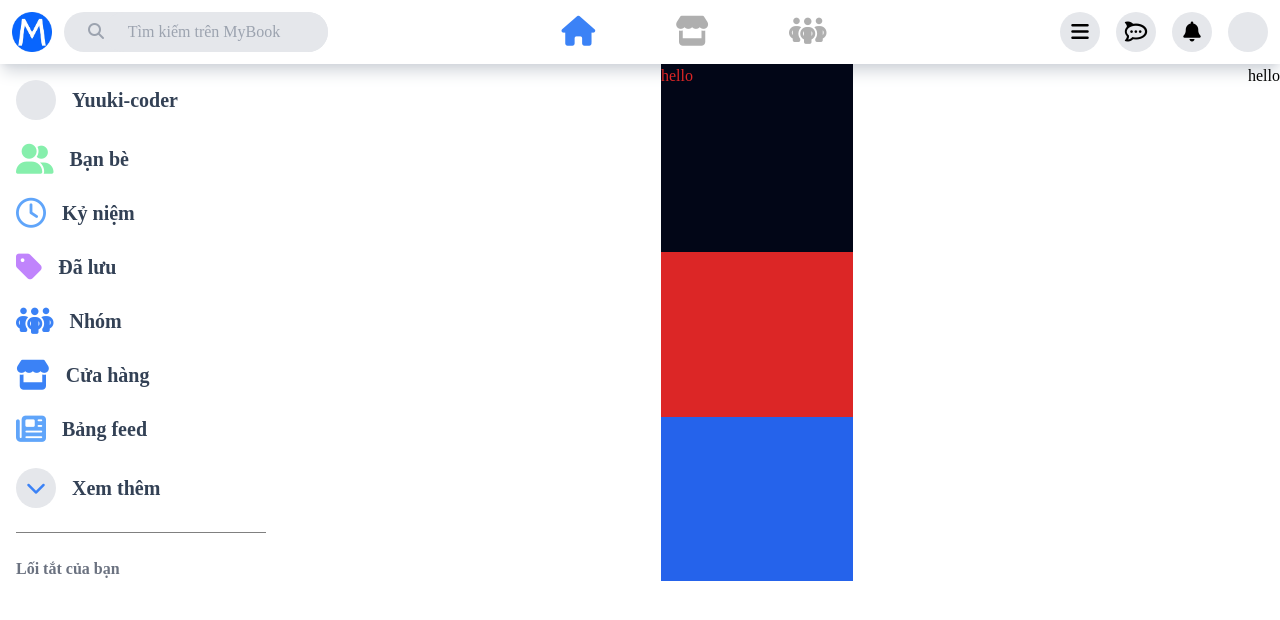
Repository: Yuukicoder/MyBook
Page: / (app in mybook/)
The author's editor kept a copy of each file at every save. The page is drawn from the files as they stood at one save, then again after the next save.
The browser window is 1280 px wide. The pictures show the whole page.
The project was rebuilt for these pictures with package versions that can differ from the ones it lists, and the page was loaded fresh each time.

Above is the page before, as saved 2023-12-14 09:18:58.

### mybook/src/index.js
import React from 'react';
import ReactDOM from 'react-dom/client';
import './index.css';
import App from './App';
import reportWebVitals from './reportWebVitals';

const root = ReactDOM.createRoot(document.getElementById('root'));
root.render(
  <React.StrictMode >
  <App / >
  </React.StrictMode>
);

// If you want to start measuring performance in your app, pass a function
// to log results (for example: reportWebVitals(console.log))
// or send to an analytics endpoint. Learn more: https://bit.ly/CRA-vitals
reportWebVitals();

### mybook/src/index.css
@tailwind base;
@tailwind components;
@tailwind utilities;
  @import url('https://fonts.googleapis.com/css2?family=Arima:wght@100;200;300;400;500;700&display=swap');
*{
  margin: 0;
  padding: 0;
  box-sizing: border-box;
  font-family: Arima;
  /* border: 1px solid black; */
}
body{
  width: 100%;
  height: 100vh;
}

### mybook/src/App.js
import './App.css';
import '@fortawesome/fontawesome-free/css/all.min.css';
import Navbar from './Navbar'
import Option from './Option'
import News from './News';
import Friend_contact from './Friend_contact';
 var App = () =>
(
    <div class="">
        <Navbar/>
        <div class="flex justify-between">
        <Option name="Yuuki-coder"/>
        <News/>
        <Friend_contact/>
        </div>

    </div>
)

export default App;

### mybook/src/App.css
:root{
  --text-color: rgb(175, 175, 175);
  --bg-icon-color: #e5e7eb;
}
.avatar{
  width: 40px;
  height: 40px;
  background-color: var(--bg-icon-color);
  border-radius: 50%;
  display: flex;
  align-items: center;
  justify-content: center;
}

### mybook/src/Navbar.js
import './Navbar.css'
import '@fortawesome/fontawesome-free/css/all.min.css';

var Navbar = () =>(


    <div class="flex items-center justify-between  w-screen py-3 px-3  shadow-lg shadow-gray-300">
        <div class="flex">

    <div class="Navbar_icon pr-3">
        <img class="w-10 h-10" src='iconMyBook.png' alt=""></img>
    </div>
    <div class="Navbar_search h-10 bg-gray-200 rounded-3xl">
        <label class=" text-center h-full pl-6"for="">
    <i class="fa-solid fa-magnifying-glass text-gray-400" ></i>
        </label>

        <input class="rounded-3xl text-center h-full pr-6 bg-gray-200" type="text" placeholder="Tìm kiếm trên MyBook"></input>
        </div>

    </div>
    <div class="  Navbar_selection">
        <ul class="flex gap-20">
            <li>
            <i class="fa-solid fa-house text-blue-500"></i>
            </li>
            <li>
            <i class="fa-solid fa-store"></i>
            </li>
            <li> <i class="fa-solid fa-people-group"></i></li>
        </ul>
    </div>
    <div class="Navbar_option">
        <ul class="flex gap-4 items-center">
            <li>
            <div class="avatar">

                <i class="fa-solid fa-bars"></i>
            </div>
                </li>
            <li>
            <div class="avatar">

                <i class="fa-brands fa-rocketchat"></i>
            </div>
                </li>
            <li>
            <div class="avatar">

                <i class="fa-solid fa-bell"></i>
            </div>
                </li>
            <li><div class="avatar"></div></li>
        </ul>
    </div>
    </div>
)
export default Navbar;

### mybook/src/Option.js
import './Option.css'
// var ButtonCollapse = () =>{

//     var collapse = document.getElementById('collapse');
// }


var Option = (x) => {
    function sayHello(name) {
        alert(`hello, ${name}`);
      }

    return (
    <div class="mt-4 ml-4  grid gap-6">

    <div class="flex gap-4 items-center box ">
        <div class="avatar">
        </div>
        <p class="font-semibold text-xl text-slate-700">{x.name}</p>

    </div>
    <div class="flex gap-4 items-center box">
    <i class="fa-solid fa-user-group text-green-300"></i>
        <p class="font-semibold text-xl text-slate-700">Bạn bè</p>

    </div>
    <div class="flex gap-4 items-center box ">
    <i class="fa-regular fa-clock text-blue-400"></i>
        <p class="font-semibold text-xl text-slate-700">Kỷ niệm</p>

    </div>
    <div class="flex gap-4 items-center box ">
    <i class="fa-solid fa-tag text-purple-400"></i>
        <p class="font-semibold text-xl text-slate-700">Đã lưu</p>

    </div>
    <div class="flex gap-4 items-center box ">
    <i class="fa-solid fa-people-group text-blue-500"></i>
        <p class="font-semibold text-xl text-slate-700">Nhóm</p>

    </div>
    <div class="flex gap-4 items-center box ">
    <i class="fa-solid fa-store text-blue-500"></i>
        <p class="font-semibold text-xl text-slate-700">Cửa hàng</p>

    </div>
    <div class="flex gap-4 items-center box ">
        <i class="fa-solid fa-newspaper text-blue-400"></i>
        <p class="font-semibold text-xl text-slate-700">Bảng feed</p>

    </div>
    <div class="flex gap-4 items-center box " >
        <div class="avatar">
    <i class="fa-solid fa-chevron-down text-blue-500 "></i>
        </div>
        <button class="font-semibold text-xl text-slate-700" onclick={sayHello}>Xem thêm</button>

    </div>
    <div class="line"></div>
    <p class="text-base font-semibold text-gray-500">Lối tắt của bạn</p>
    </div>
)}
export default Option

### mybook/src/News.js
var Story_Page = () => (
    <p class="text-red-600">hello</p>
)
var News = () =>(
    <div class="grid">
        <div class="News_Story bg-slate-950">
            <div class="Story_Page w-48">
                <Story_Page></Story_Page>
            </div>
        </div>
        <div class="News_Tools bg-red-600"></div>
        <div class="News_Page bg-blue-600"></div>
    </div>

)
export default News;

### mybook/src/Friend_contact.js
var Friend_contact = () =>(
    <p>hello</p>
)
export default Friend_contact;

### mybook/src/Navbar.css
:root{
    --text-color: rgb(175, 175, 175);
    --bg-icon-color: #e5e7eb;
  }
  ul i{
  color: var(--text-color);
  font-size: 30px;
  }

  .Navbar_option ul li i{
    color: black;
  font-size: 20px;

  }

### mybook/src/Option.css

.box i{
    font-size: 30px;
}
.line{
    width: 250px;
    height: 1px;
    background-color: grey;
}
.avatar i{
    font-size: 20px;
}

### mybook/tailwind.config.js
/** @type {import('tailwindcss').Config} */
module.exports = {
  content: [
    "./src/**/*.{js,jsx,ts,tsx}",
  ],
  theme: {
    extend: {},
    color:{
      'text-grey':'#9ca9c9'
    }
  },
  plugins: [],
}

Loaded but not shown: mybook/public/index.html (common file); mybook/src/reportWebVitals.js (common file)

After the next save:
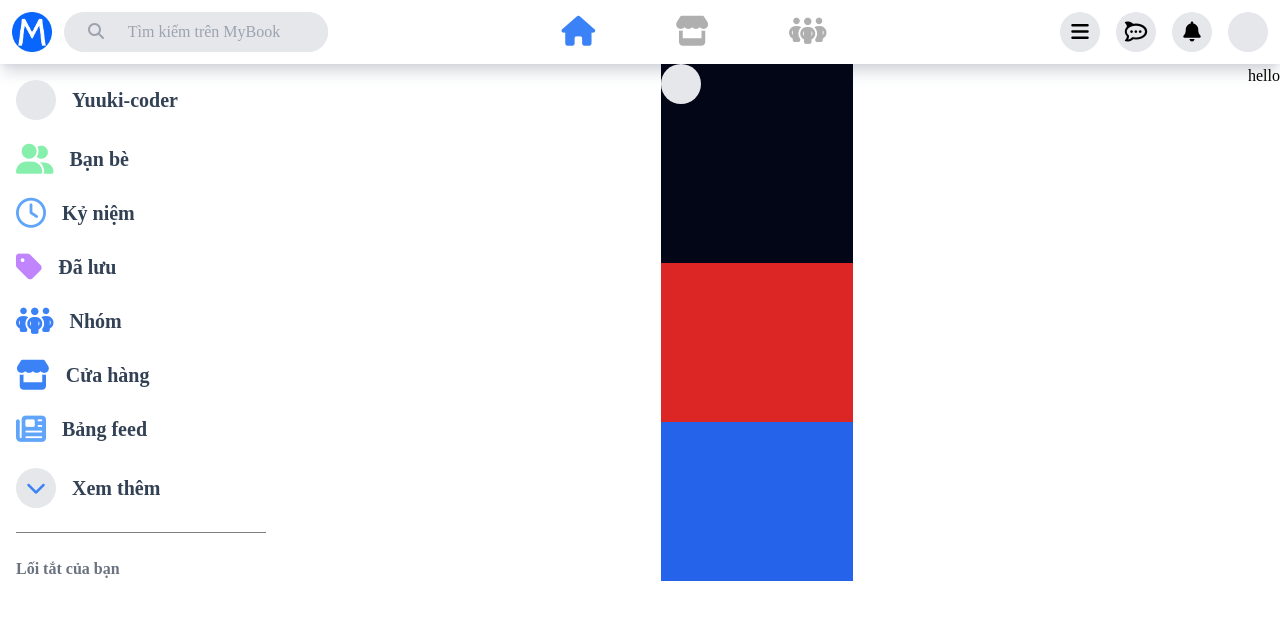
Saved 32 s later.
--- a/mybook/src/News.js
+++ b/mybook/src/News.js
@@ -1,6 +1,9 @@
 var Story_Page = () => (
-    <p class="text-red-600">hello</p>
-)
+    <div class="">
+        <div class="avatar"></div>
+        <div class="author"></div>
+    </div>
+    )
 var News = () =>(
     <div class="grid">
         <div class="News_Story bg-slate-950">
